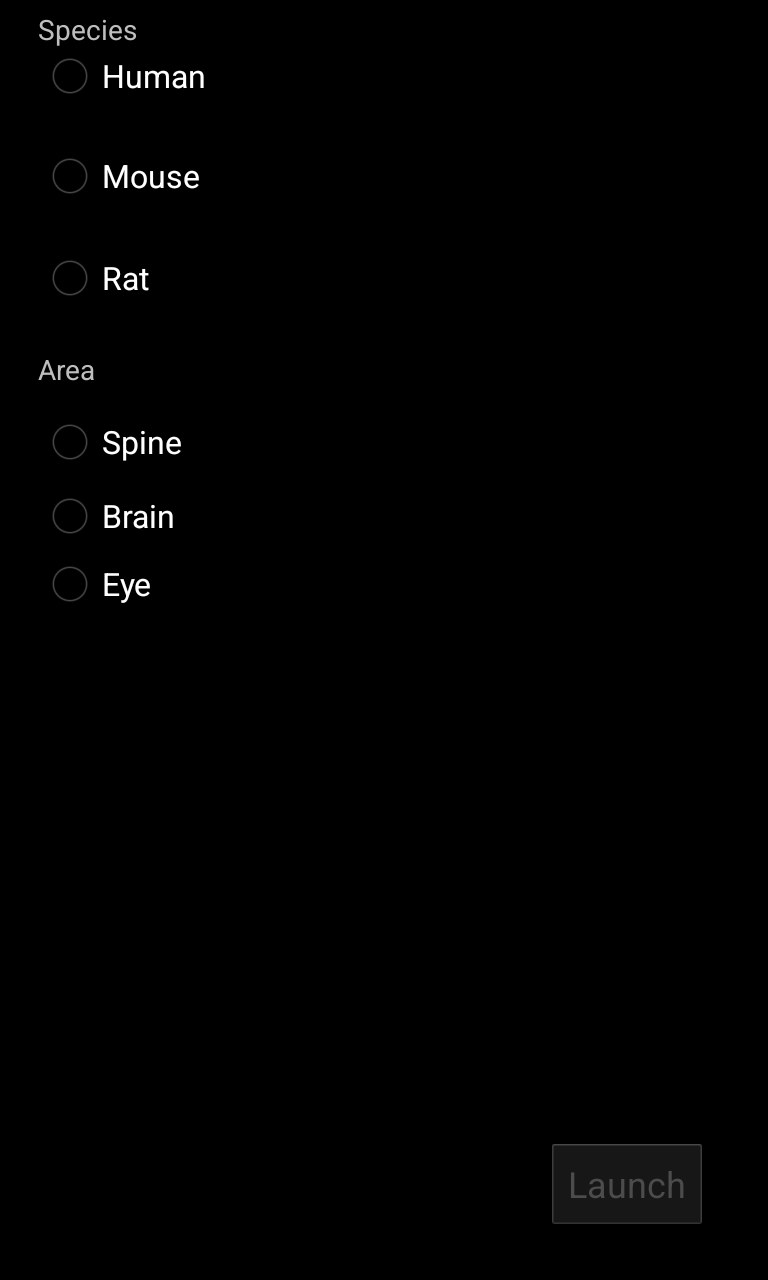
Repository: Ekarg/CSCE315Project3
Layout: Project3/res/layout/activity_main.xml
An editor plug-in stored every save of this project. The layout is shown before and after the next save, followed by the edit.
It is drawn on a 768 x 1280 px phone screen (xhdpi) without system bars, with theme android:Theme.Holo; the app's code is not run.

Above is the layout before, as saved 2013-11-27 20:14:48.

### Project3/res/layout/activity_main.xml
<RelativeLayout xmlns:android="http://schemas.android.com/apk/res/android"
    xmlns:tools="http://schemas.android.com/tools"
    android:layout_width="match_parent"
    android:layout_height="match_parent"
    android:paddingBottom="5dp"
    android:paddingLeft="5dp"
    android:paddingRight="5dp"
    android:paddingTop="5dp"
    tools:context=".MainActivity" >

    <Button
        android:id="@+id/button1"
        android:layout_width="wrap_content"
        android:layout_height="wrap_content"
        android:layout_alignParentBottom="true"
        android:layout_alignParentRight="true"
        android:layout_marginBottom="19dp"
        android:layout_marginRight="24dp"
        android:enabled = "false"
		android:onClick="launch"
        android:text="@string/Button" />

    <TextView
        android:id="@+id/textView1"
        android:layout_width="wrap_content"
        android:layout_height="wrap_content"
        android:layout_marginLeft="14dp"
        android:layout_alignParentTop="true"
        android:text="@string/species" />

   <RadioGroup
        android:id="@+id/radioGroup1"
        android:layout_width="fill_parent"
        android:layout_height="wrap_content"
        android:layout_alignParentTop="true"
        android:layout_centerHorizontal="true"
        android:orientation="vertical" >

        <RadioButton
            android:id="@+id/radioButton1"
            android:layout_width="wrap_content"
            android:layout_height="wrap_content"
            android:layout_marginLeft="14dp"
            android:checked = "false"
            android:layout_marginTop="17dp"
            android:text="@string/human"
            android:onClick="onRadioButtonClicked"/>

        <RadioButton
            android:id="@+id/radioButton2"
            android:layout_width="wrap_content"
            android:layout_height="wrap_content"
            android:layout_marginLeft="14dp"
            android:checked = "false"
            android:layout_marginTop="18dp"
            android:text="@string/mouse"
            android:onClick="onRadioButtonClicked"/>

        <RadioButton
            android:id="@+id/radioButton3"
            android:layout_width="wrap_content"
            android:layout_height="wrap_content"
            android:layout_marginLeft="14dp"
            android:checked = "false"
            android:layout_marginTop="19dp"
            android:text="@string/rat"
            android:onClick="onRadioButtonClicked"/>
    </RadioGroup>

    <TextView
        android:id="@+id/textView2"
        android:layout_width="wrap_content"
        android:layout_height="wrap_content"
        android:layout_alignLeft="@+id/textView1"
        android:layout_below="@+id/radioGroup1"
        android:layout_marginTop="20dp"
        android:text="@string/area"
        android:onClick="onRadioButtonClicked" />

     <RadioGroup
        android:id="@+id/radioGroup2"
        android:layout_width="fill_parent"
        android:layout_height="wrap_content"
        android:layout_alignParentTop="true"
        android:layout_centerHorizontal="true"
        android:orientation="vertical" >

	    <RadioButton
	        android:id="@+id/radioButton4"
	        android:layout_width="wrap_content"
            android:layout_height="wrap_content"
            android:layout_marginLeft="14dp"
            android:checked = "false"
            android:layout_marginTop="200dp"
	        android:onClick="onRadioButtonClicked"
	        android:text="@string/spine" />

	    <RadioButton
	        android:id="@+id/radioButton5"
	        android:layout_width="wrap_content"
	        android:layout_height="wrap_content"
	        android:layout_marginLeft="14dp"
	        android:layout_marginTop="5dp"
	        android:checked="false"
	        android:onClick="onRadioButtonClicked"
	        android:text="@string/brain" />

	     <RadioButton
         android:id="@+id/radioButton6"
         android:layout_width="wrap_content"
         android:layout_height="wrap_content"
         android:checked = "false"
         android:layout_marginLeft="14dp"
         android:layout_marginTop="2dp"
         android:text="@string/eye"
         android:onClick="onRadioButtonClicked" />
	</RadioGroup>



</RelativeLayout>

### Project3/res/values/strings.xml
<?xml version="1.0" encoding="utf-8"?>
<resources>

    <string name="app_name">Show Me the.... Neuron!</string>
    <string name="action_settings">Settings</string>
    <string name="hello_world">Hello world!</string>
    <string name="Button">Launch</string>
    <string name="title_activity_second">Neuron Display</string>
    <string name="species">Species</string>
    <string name="human">Human</string>
    <string name="mouse">Mouse</string>
    <string name="rat">Rat</string>
    <string name="area">Area</string>
    <string name="eye">Eye</string>
    <string name="brain">Brain</string>
    <string name="spine">Spine</string>


</resources>

After the next save:
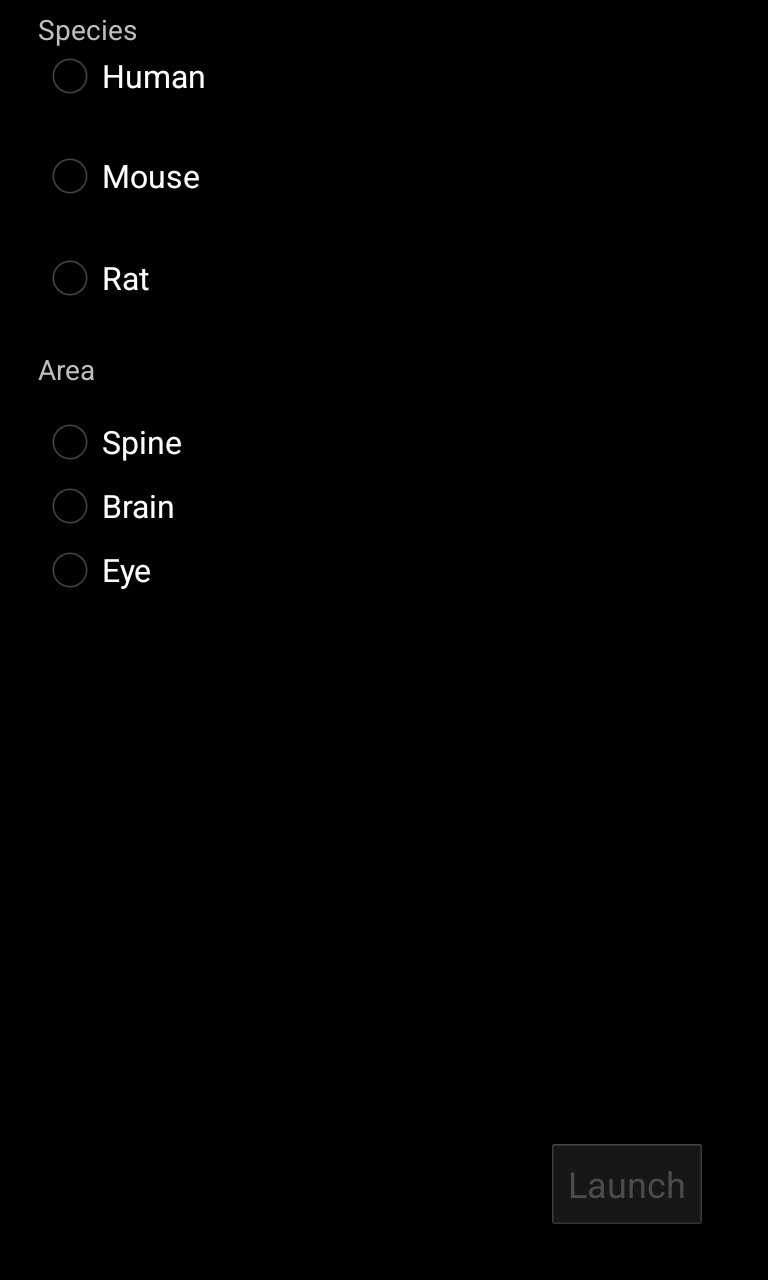
Saved 26 s later.
--- a/Project3/res/layout/activity_main.xml
+++ b/Project3/res/layout/activity_main.xml
@@ -100,7 +100,7 @@
 	        android:layout_width="wrap_content"
 	        android:layout_height="wrap_content"
 	        android:layout_marginLeft="14dp"
-	        android:layout_marginTop="5dp"
+
 	        android:checked="false"
 	        android:onClick="onRadioButtonClicked"
 	        android:text="@string/brain" />
@@ -111,7 +111,7 @@
          android:layout_height="wrap_content"
          android:checked = "false"
          android:layout_marginLeft="14dp"
-         android:layout_marginTop="2dp"
+
          android:text="@string/eye"
          android:onClick="onRadioButtonClicked" />
 	</RadioGroup>
